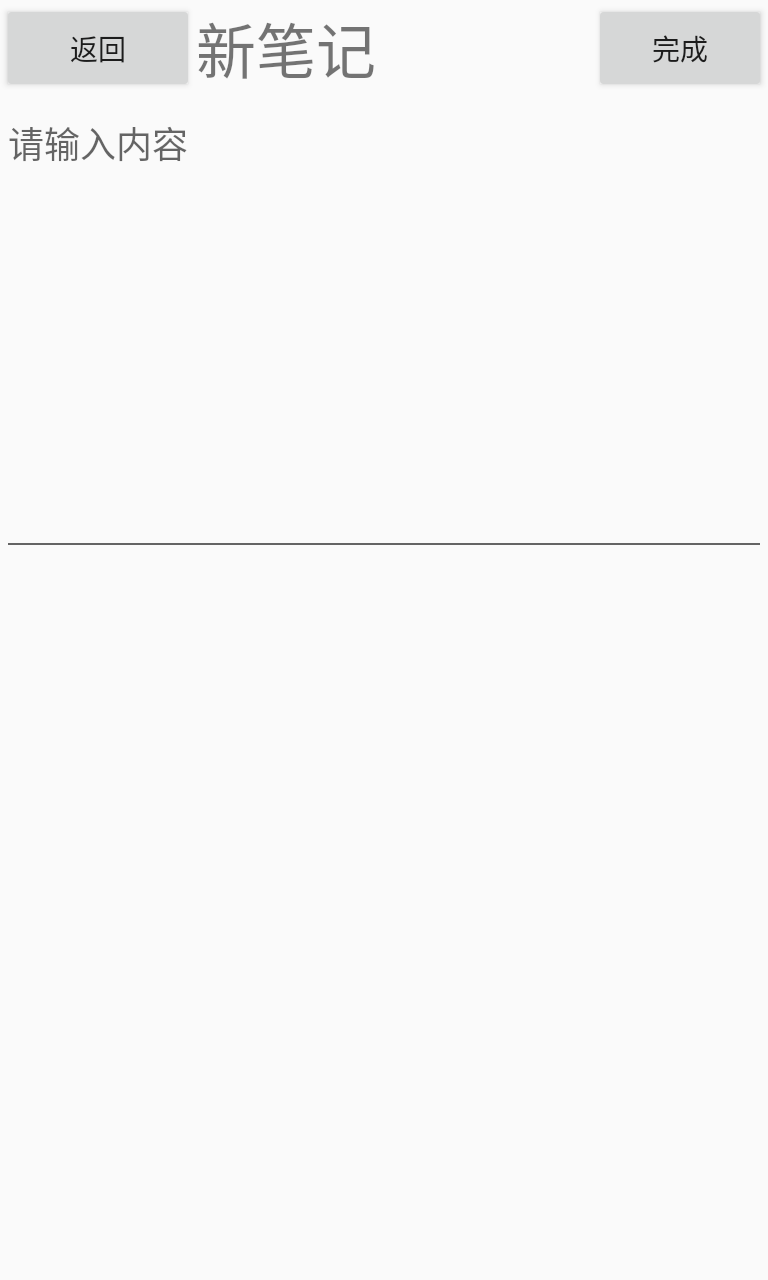
Repository: mxfpaul/Test
Layout: Note/MyNote2/res/layout/newnote.xml
The author's editor kept a copy of each file at every save. The layout is drawn from the files as they stood at one save, then again after the next save.
It is drawn on a 768 x 1280 px phone screen (xhdpi) without system bars, with theme AppTheme; the app's code is not run.

Above is the layout before, as saved 2014-11-22 03:03:18.

### Note/MyNote2/res/layout/newnote.xml
<?xml version="1.0" encoding="utf-8"?>
<TableLayout xmlns:android="http://schemas.android.com/apk/res/android"
    android:layout_width="match_parent"
    android:layout_height="wrap_content"
    android:orientation="vertical" >

    <TableRow
        android:id="@+id/new_row1"
        android:layout_width="match_parent"
        android:layout_height="wrap_content"
         >

        <Button
            android:id="@+id/new_button_setting"
            android:text="@string/new_button_text1" />

        <TextView
            android:id="@+id/new_textview_all"
            android:layout_width="wrap_content"
            android:layout_gravity="center"
            android:layout_weight="10"
            android:text="@string/new_textview_text"
            android:textSize="30sp" />

        <Button
            android:id="@+id/new_button_new"
            android:text="@string/new_button_text2" />
		<!--
        <TextView
            android:id="@+id/new_textview_all"
            android:layout_gravity="center"

            android:text="@string/new_textview_text"
            android:textSize="30sp" />

        <Button
            android:id="@+id/new_button_new"

            android:text="@string/new_button_text2" />
            -->
    </TableRow>

    <TableRow
        android:id="@+id/new_row2"
        android:layout_width="match_parent" >

        <EditText
            android:id="@+id/new_edittext_content"
            android:layout_width="match_parent"
            android:layout_height="wrap_content"
            android:layout_weight="1"
            android:gravity="top"
            android:hint="@string/new_edittext_text"
            android:lines="10" />
    </TableRow>

</TableLayout>

### Note/MyNote2/res/values/strings.xml
<?xml version="1.0" encoding="utf-8"?>
<resources>

    <string name="app_name">MyNote2</string>
    <string name="hello_world">Hello world!</string>
    <string name="action_settings">Settings</string>
    <string name="home_button_text1">设置</string>
    <string name="home_button_text2">新建</string>
    <string name="home_textview_text">全部笔记</string>
    <string name="new_button_text1">返回</string>
    <string name="new_button_text2">完成</string>
    <string name="new_textview_text">新笔记</string>
    <string name="view_button_text1">返回</string>
    <string name="view_button_text2">更改</string>
    <string name="view_textview_text">待录入</string>
    <string name="new_edittext_text">请输入内容</string>

</resources>

Loaded but not shown: Note/MyNote2/res/values/styles.xml (common file); Note/MyNote2/res/values-v11/styles.xml (common file); Note/MyNote2/res/values-v14/styles.xml (common file)

After the next save:
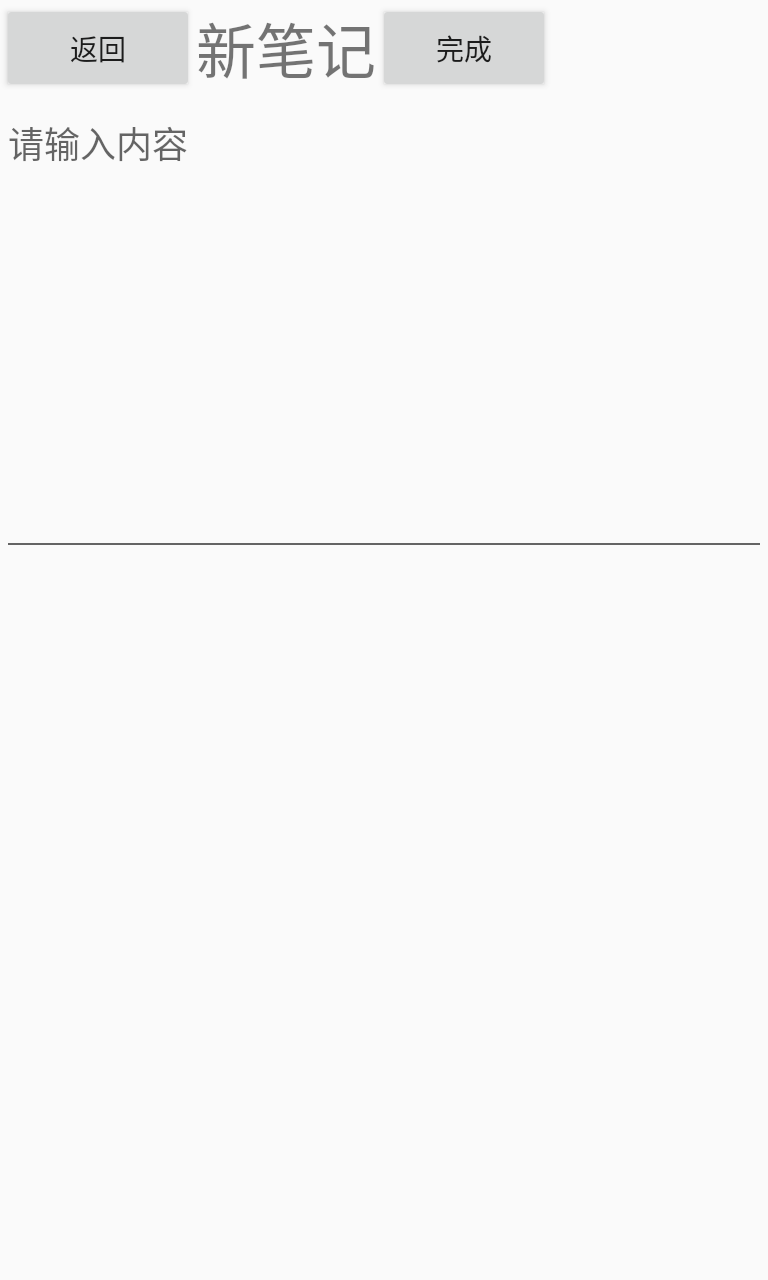
Saved 6 s later.
--- a/Note/MyNote2/res/layout/newnote.xml
+++ b/Note/MyNote2/res/layout/newnote.xml
@@ -18,7 +18,6 @@
             android:id="@+id/new_textview_all"
             android:layout_width="wrap_content"
             android:layout_gravity="center"
-            android:layout_weight="10"
             android:text="@string/new_textview_text"
             android:textSize="30sp" />
 
